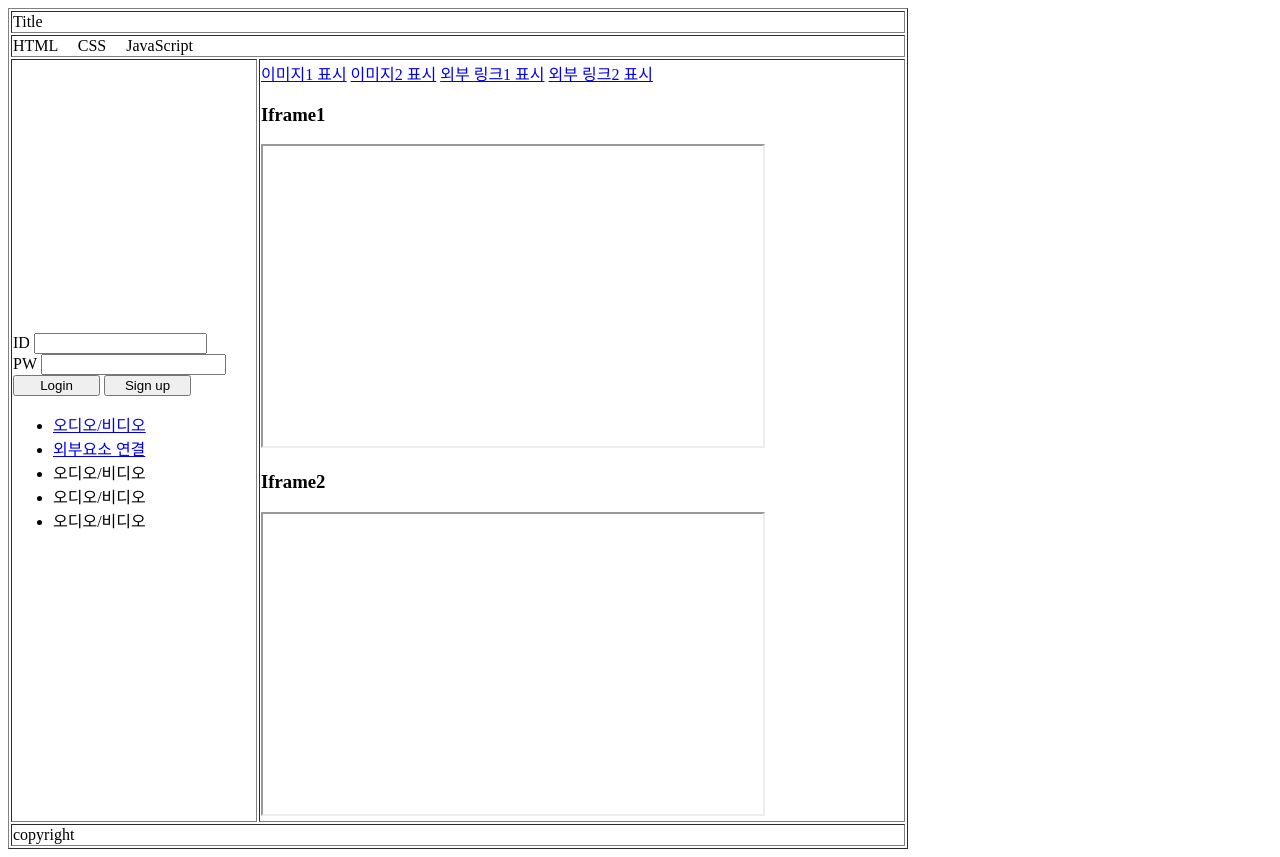
Repository: Hwangjiwon/MultiCampus
Page: http://localhost/2Study/jsp/member_insert.jsp
An editor plug-in stored every save of this project. The page is shown before and after the next save, followed by the edit.
The browser window is 1280 px wide. The pictures show the whole page.
The page is served by Tomcat 9.

Above is the page before, as saved 2019-05-31 01:50:54.

After the next save:
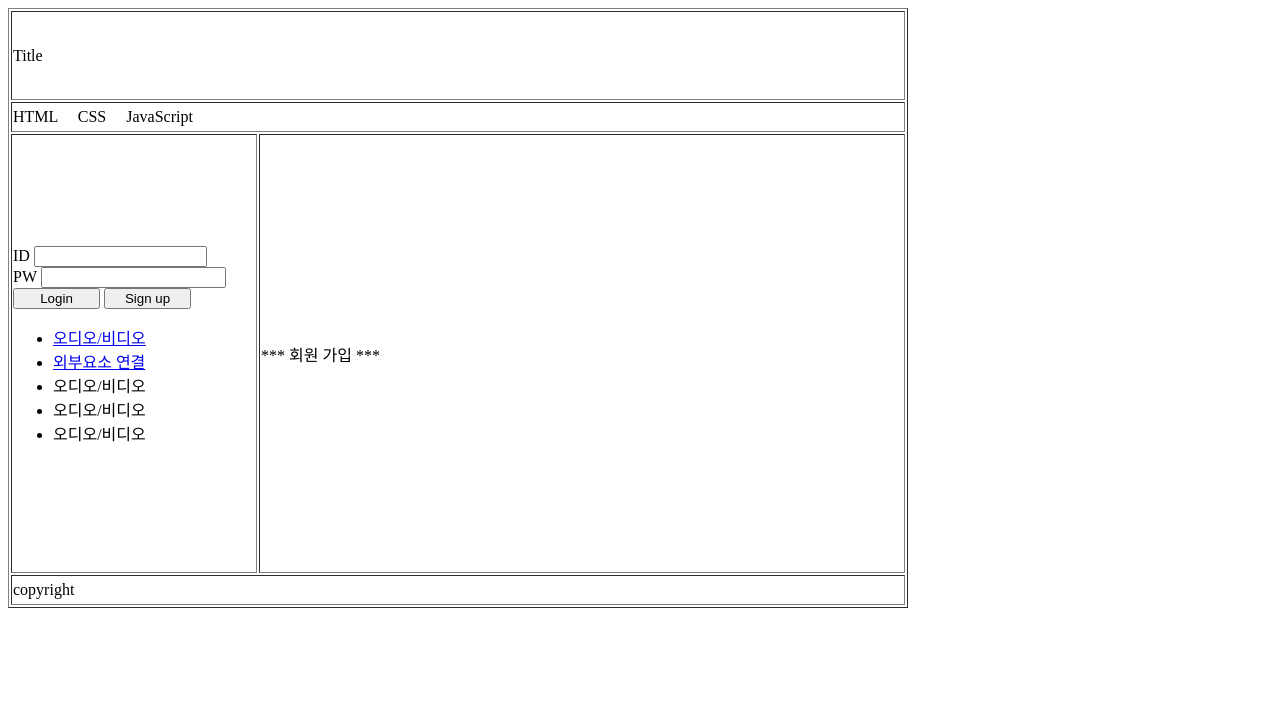
Saved 84 s later.
--- a/2Study/WebContent/jsp/member_insert.jsp
+++ b/2Study/WebContent/jsp/member_insert.jsp
@@ -3,20 +3,11 @@
 
 <jsp:include page="header.jsp"></jsp:include>
 <jsp:include page="side.jsp"></jsp:include>
-<td><a
-	href="https://img.withvolo.com/8UDtJa8YFMaC8XomGtvVI8dYDz0=/0x0:1000x667/809x/93cc7b30acf7c6cc74d0080010156afb%2F7bf16d18-26f4-49ac-b33e-c9dbbef267bd-c7c9300cc7a8719907396fa639668530fe30d6da.jpg"
-	target="iframe1">이미지1 표시</a> <a
-	href="https://images.pexels.com/photos/459225/pexels-photo-459225.jpeg?auto=compress&cs=tinysrgb&dpr=1&w=500"
-	target="iframe1">이미지2 표시</a> <a href="https://getbootstrap.com"
-	target="iframe2">외부 링크1 표시</a> <a
-	href="https://getbootstrap.com/docs/4.3/utilities/text"
-	target="iframe2">외부 링크2 표시</a>
+<td>
 
-	<h3 id="iframe1">Iframe1</h3> <iframe name="iframe1" width="500"
-		height="300"> 외부 문서 표시 영역1 </iframe>
+	*** 회원 가입 ***
 
-	<h3 id="iframe2">Iframe2</h3> <iframe src="" name="iframe2" width="500"
-		height="300"> 외부 문서 표시 영역2 </iframe>
+
 </td>
 </tr>
 <jsp:include page="copyright.jsp"></jsp:include>
